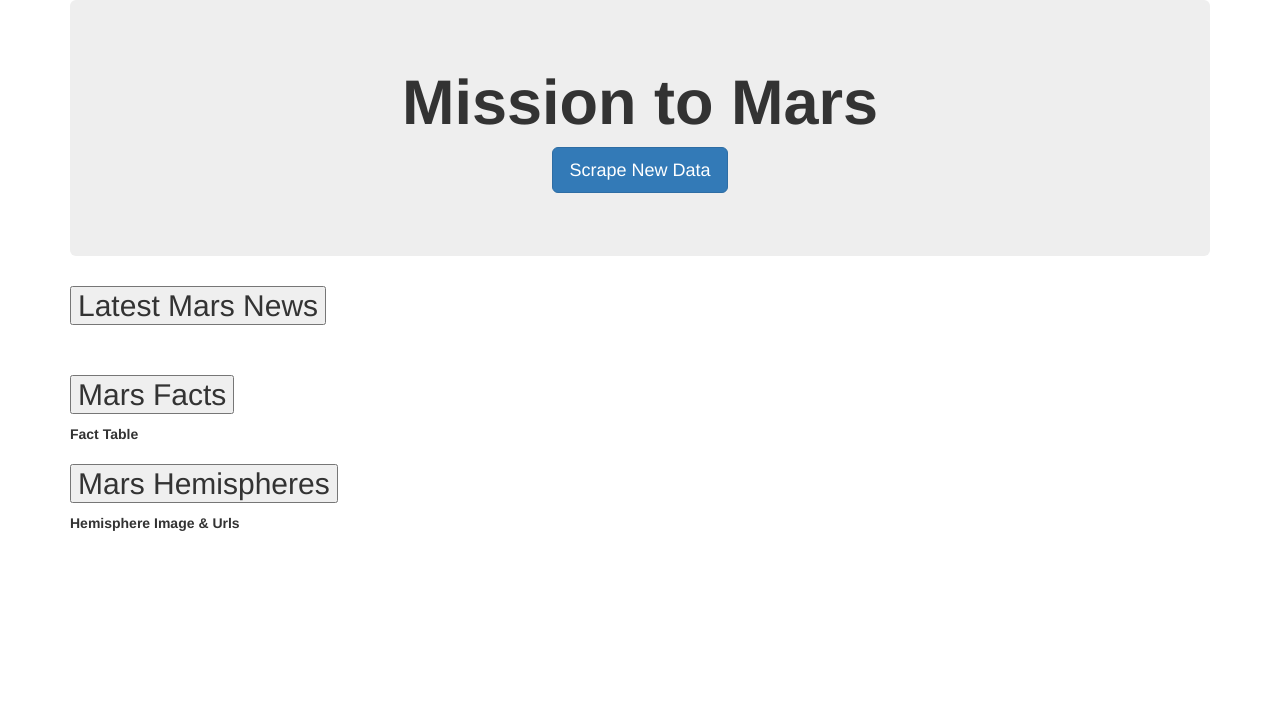
Repository: jforbis/web-scraping-challenge
Page: http://localhost/
These files come from the project's save history. The page is drawn as it stood at one moment and after the next save; the edit follows.
The browser window is 1280 px wide. The pictures show the whole page.
The page is served by the project's application, run on Flask 3 (Mission to Mars/app.py). Queries for data that is not in the repository find no rows.

Above is the page before, as saved 2021-02-07 17:30:37.

### Mission to Mars/templates/index.html
<!DOCTYPE html>
<html lang="en">

<head>
  <meta charset="UTF-8">
<!--  <meta name="viewport" content="width=device-width, initial-scale=1.0">-->
  <title>Mission to Mars</title>
  <link rel="stylesheet" href="https://maxcdn.bootstrapcdn.com/bootstrap/3.3.7/css/bootstrap.min.css">
</head>

<body>
  <!-- First div is a container for the title and scraper button -->
  <div class="container">
    <div class="jumbotron text-center">
      <h1><b>Mission to Mars</b></h1>
      <p><a class="btn btn-primary btn-lg" href="/scrape" role="button">Scrape New Data</a></p>
    </div>

    <div class="accordion" id="accordionExample">
        <div class="accordion-item">
          <h2 class="accordion-header" id="headingOne">
            <button class="accordion-button" type="button" data-bs-toggle="collapse" data-bs-target="#collapseOne" aria-expanded="true" aria-controls="collapseOne">
                Latest Mars News<br/>
            </button>
          </h2>
          <div id="collapseOne" class="accordion-collapse collapse show" aria-labelledby="headingOne" data-bs-parent="#accordionExample">
            <div class="accordion-body">
              <strong>{{mars.Title}}</strong><br/>
              {{mars.Article}}
            </div>
          </div>
        </div>
        <div class="accordion-item">
          <h2 class="accordion-header" id="headingTwo">
            <button class="accordion-button collapsed" type="button" data-bs-toggle="collapse" data-bs-target="#collapseTwo" aria-expanded="false" aria-controls="collapseTwo">
              Mars Facts
            </button>
          </h2>
          <div id="collapseTwo" class="accordion-collapse collapse show" aria-labelledby="headingTwo" data-bs-parent="#accordionExample">
            <div class="accordion-body">
              <strong>Fact Table</strong><br/>
              {{mars.facts | safe}}
            </div>
          </div>
        </div>
        <div class="accordion-item">
          <h2 class="accordion-header" id="headingThree">
            <button class="accordion-button collapsed" type="button" data-bs-toggle="collapse" data-bs-target="#collapseThree" aria-expanded="false" aria-controls="collapseThree">
              Mars Hemispheres
            </button>
          </h2>
          <div id="collapseThree" class="accordion-collapse collapse show" aria-labelledby="headingThree" data-bs-parent="#accordionExample">
            <div class="accordion-body">
              <strong>Hemisphere Image & Urls</strong><br/>
              {% for hemisphere in mars.hemisphere_image_urls %}
                <div class="col-md-6">
                    <div class="thumbnail">
                    <img src="{{hemisphere_image_urls.lg_url}}"><br/>
                    <div class="caption">
                        <h3><b>{{hemisphere_image_urls.title}}</b></h3>
                    </div>
                    </div>
                </div>
              {% endfor %}
            </div>
          </div>
        </div>
      </div>
</body>
{{mars.facts | safe}}
</html>

### Mission to Mars/app.py
# Importing Dependencies
from flask import Flask, render_template, redirect
from flask_pymongo import PyMongo
import scrape_mars

app = Flask(__name__)

app.config["MONGO_URI"] = 'mongodb://localhost:27017/mars'
mongo = PyMongo(app)


@app.route("/")
def main():
    mars = mongo.db.mars.find_one()
    return render_template("index.html", mars=mars)

@app.route("/scrape")
def scrape():
    mars = mongo.db.mars
    mars_scrape_data = scrape_mars.scrape()
    mars.update({},mars_scrape_data,upsert=True)
    return redirect("/", code=302)

if __name__ == "__main__":
    app.run(debug=True)

### Mission to Mars/scrape_mars.py
# Importing Dependencies
from bs4 import BeautifulSoup as bs
from splinter import Browser
import pandas as pd
import time

# Run browser from installed location
executable_path = {"executable_path": "/Users/johnforbis/.wdm/drivers/chromedriver/mac64/88.0.4324.96/chromedriver"}
browser = Browser("chrome", headless=False, **executable_path)

# Dictionary to return
mars_data = {}

def mars_news_scrape(browser):
# Mars News
    url = "https://mars.nasa.gov/news/"
    browser.visit(url)
    html = browser.html
    soup = bs(html, 'html.parser')
    list_item = soup.select_one("ul.item_list li.slide")
    title = list_item.find('div', class_="content_title").text.strip()
    article = list_item.find('div', class_="article_teaser_body").text.strip()

    return title, article

def mars_facts_scrape():
# Mars Facts Table
    mars_facts = pd.read_html("https://space-facts.com/mars")[0]
    mars_facts_df = pd.DataFrame(mars_facts)
    mars_facts_df = mars_facts_df.rename(columns={0:"Metric", 1:"Value"})
    mars_facts_df = mars_facts_df.set_index("Metric")

    return mars_facts_df.to_html()


def mars_hemispheres(browser):
# Mars Hemispheres
    mars_hemi_url = "https://astrogeology.usgs.gov/search/results?q=hemisphere+enhanced&k1=target&v1=Mars"
    browser.visit(mars_hemi_url)
    hemi_html = browser.html
    soups = bs(hemi_html, 'html.parser')
    hemis = soups.find_all('div', class_='item')
    base_url = "https://astrogeology.usgs.gov"
    full_res_urls = []
    title_ls = []
    hemisphere_image_urls = []

    for item in hemis:
        titles = item.find('h3').text
        title_ls.append(titles)
        endpoints = item.find('a', class_='itemLink product-item')['href']
        complete_url = base_url + endpoints
        browser.visit(complete_url)
        complete_url_html = browser.html
        soup3 = bs(complete_url_html, 'html.parser')
        lg_endpoints = soup3.find('img', class_="wide-image")['src']
        lg_url = base_url + lg_endpoints
        full_res_urls.append(lg_url)
        hemisphere_image_urls.append({"title" : titles, "img_url" : lg_url})

    return hemisphere_image_urls

def scrape():
    executable_path = {"executable_path": "/Users/johnforbis/.wdm/drivers/chromedriver/mac64/88.0.4324.96/chromedriver"}
    browser = Browser("chrome", headless=False, **executable_path)
    title, article = mars_news_scrape(browser)
    facts = mars_facts_scrape()
    hemisphere_image_urls = mars_hemispheres(browser)

    mars_data = {
        "Title": title,
        "Article": article,
        "Mars Facts": facts,
        "Hemispheres": hemisphere_image_urls,
    }

    return mars_data

if __name__ == "__main__":

    browser.quit()

After the next save:
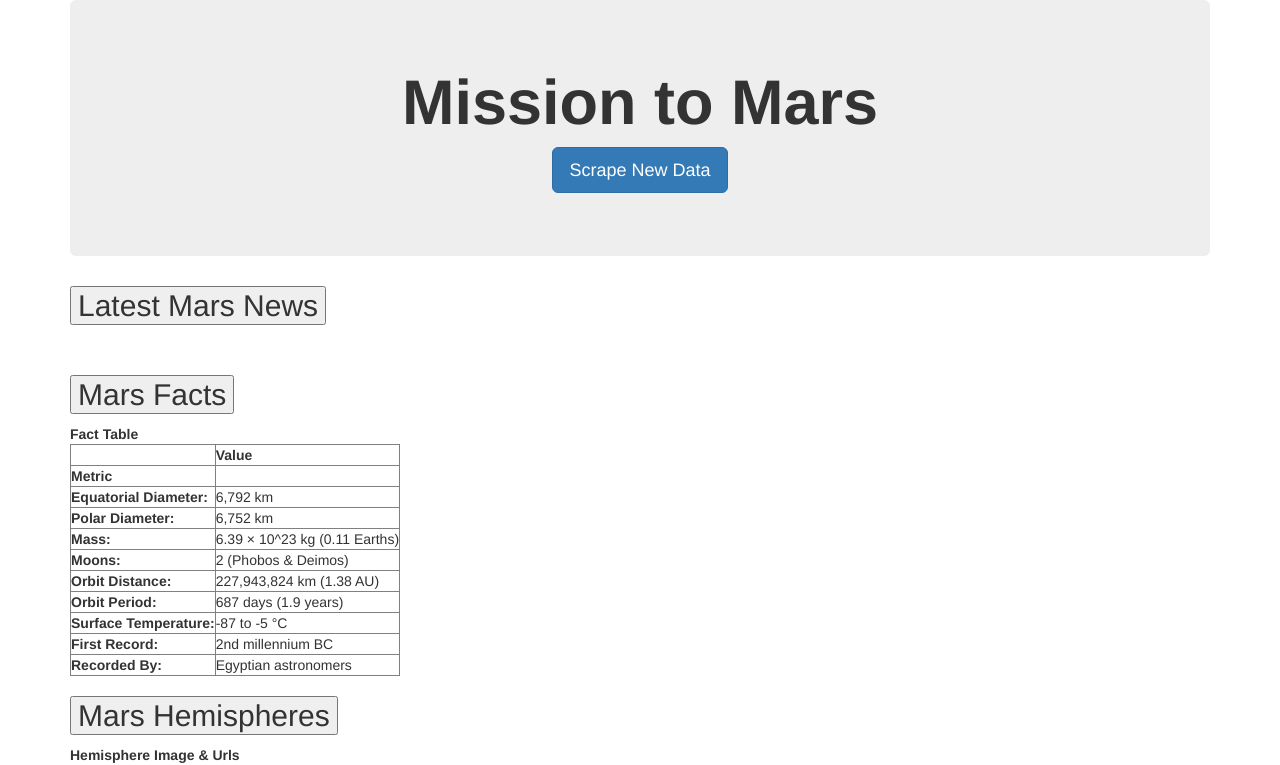
Saved 80 s later.
--- a/Mission to Mars/templates/index.html
+++ b/Mission to Mars/templates/index.html
@@ -39,7 +39,56 @@
           <div id="collapseTwo" class="accordion-collapse collapse show" aria-labelledby="headingTwo" data-bs-parent="#accordionExample">
             <div class="accordion-body">
               <strong>Fact Table</strong><br/>
-              {{mars.facts | safe}}
+              <table border="1" class="dataframe">
+                <thead>
+                  <tr style="text-align: right;">
+                    <th></th>
+                    <th>Value</th>
+                  </tr>
+                  <tr>
+                    <th>Metric</th>
+                    <th></th>
+                  </tr>
+                </thead>
+                <tbody>
+                  <tr>
+                    <th>Equatorial Diameter:</th>
+                    <td>6,792 km</td>
+                  </tr>
+                  <tr>
+                    <th>Polar Diameter:</th>
+                    <td>6,752 km</td>
+                  </tr>
+                  <tr>
+                    <th>Mass:</th>
+                    <td>6.39 × 10^23 kg (0.11 Earths)</td>
+                  </tr>
+                  <tr>
+                    <th>Moons:</th>
+                    <td>2 (Phobos &amp; Deimos)</td>
+                  </tr>
+                  <tr>
+                    <th>Orbit Distance:</th>
+                    <td>227,943,824 km (1.38 AU)</td>
+                  </tr>
+                  <tr>
+                    <th>Orbit Period:</th>
+                    <td>687 days (1.9 years)</td>
+                  </tr>
+                  <tr>
+                    <th>Surface Temperature:</th>
+                    <td>-87 to -5 °C</td>
+                  </tr>
+                  <tr>
+                    <th>First Record:</th>
+                    <td>2nd millennium BC</td>
+                  </tr>
+                  <tr>
+                    <th>Recorded By:</th>
+                    <td>Egyptian astronomers</td>
+                  </tr>
+                </tbody>
+              </table>
             </div>
           </div>
         </div>
@@ -67,5 +116,4 @@
         </div>
       </div>
 </body>
-{{mars.facts | safe}}
 </html>
